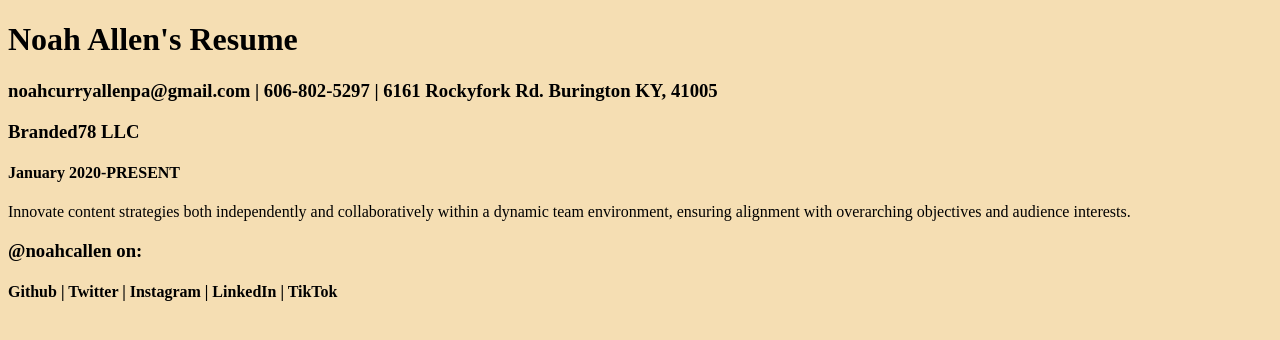
Repository: noahcallen/LAB-HTML-Resume
Page: index.html
These files come from the project's save history. The page is drawn as it stood at one moment and after the next save; the edit follows.
The browser window is 1280 px wide. The pictures show the whole page.

Above is the page before, as saved 2024-07-08 21:29:13.

### index.html
<!DOCTYPE html>
<html lang="en">
<head>
  <meta charset="UTF-8">
  <meta name="viewport" content="width=device-width, initial-scale=1.0">
  <title>Document</title>
  <link rel="stylesheet" href="main.css">
</head>
<body>
  <div class="HEADER"></div>
  <!--HEADER-->
  <h1>Noah Allen's Resume</h1>
  <h3> noahcurryallenpa@gmail.com | 606-802-5297 | 6161 Rockyfork Rd. Burington KY, 41005</h3>
<!--END HEADER-->
  </div>

  <article id="Job1">
    <h3>Branded78 LLC</h3>
    <h4>January 2020-PRESENT</h4>
    <section>
      <p>Innovate content strategies both independently and collaboratively within a dynamic team environment, ensuring alignment with overarching objectives and audience interests.</p>
    </section>
  </article>

  <article id="Job2">
    <h3></h3>
    <section>

    </section>
  </article>

  <article id="Job3">
    <h3></h3>
    <section>

    </section>
  </article>

  <div class="FOOTER">
    <!-- FOOTER-->
     <h3>@noahcallen on:</h3>
     <h4>Github | Twitter | Instagram | LinkedIn | TikTok</h4>
    <!-- FOOTER-->
  </div>



  <script src="main.js"></script>
</body>
</html>

### main.css
body {
  background-color: wheat;

}

Loaded but not shown: main.js (no stored copy; drawn as an empty file)

After the next save:
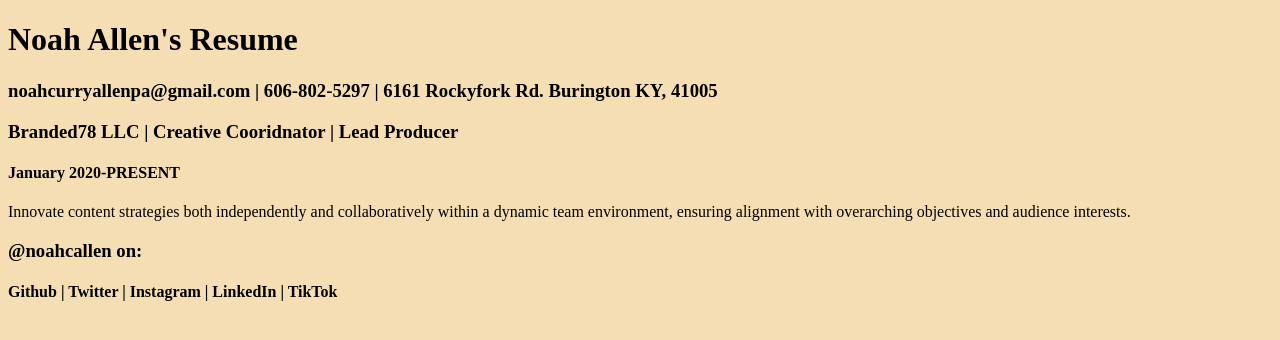
Saved 74 s later.
--- a/index.html
+++ b/index.html
@@ -15,7 +15,7 @@
   </div>
 
   <article id="Job1">
-    <h3>Branded78 LLC</h3>
+    <h3>Branded78 LLC | Creative Cooridnator | Lead Producer</h3>
     <h4>January 2020-PRESENT</h4>
     <section>
       <p>Innovate content strategies both independently and collaboratively within a dynamic team environment, ensuring alignment with overarching objectives and audience interests.</p>
